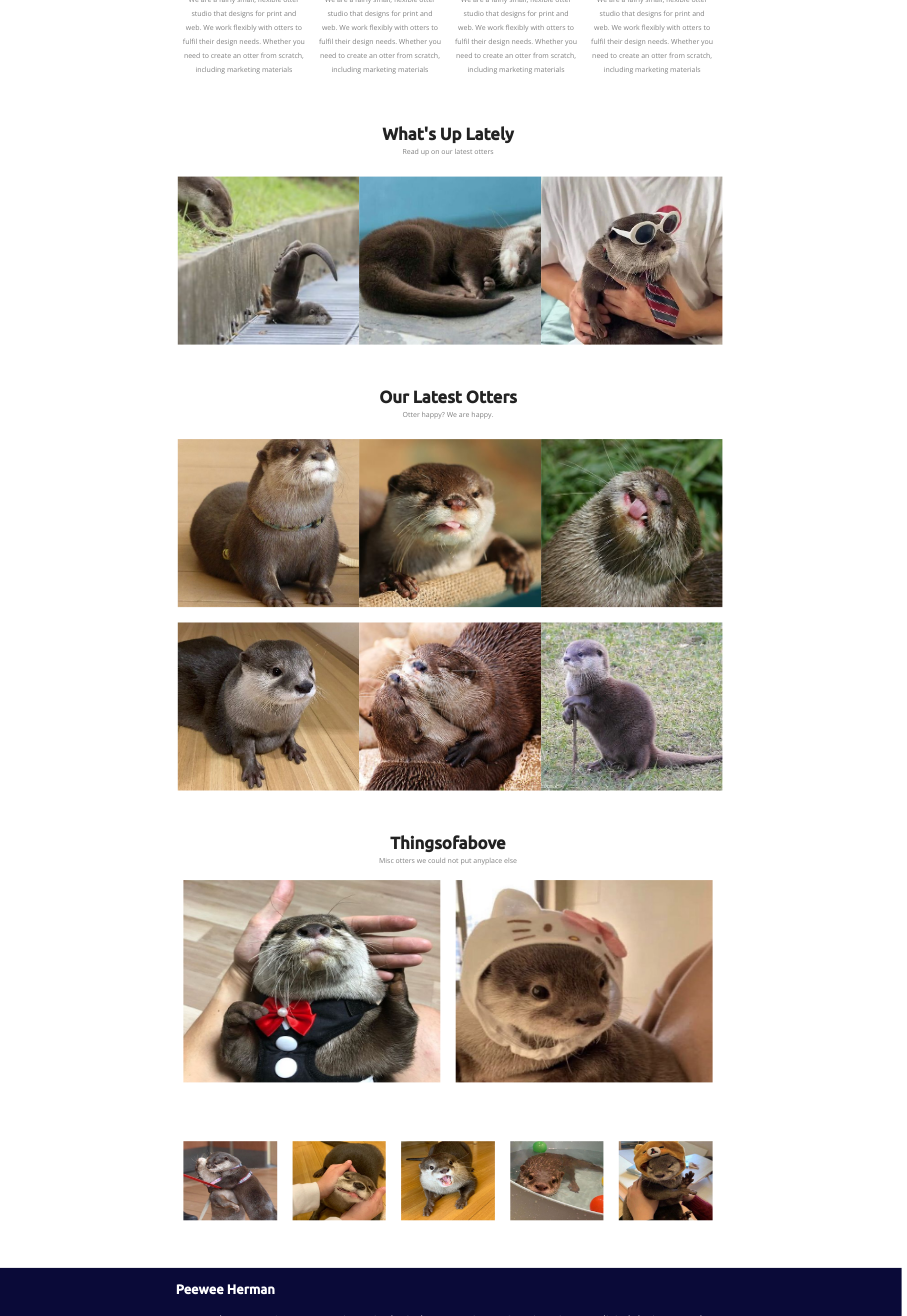
Repository: kennyharman/Marlowe_Kenny_Lab_02B
Page: index.html
An editor plug-in stored every save of this project. The page is shown before and after the next save, followed by the edit.
The browser window is 1280 px wide. The page is 1296 px wide, so the pictures cover 1296 px, including what lies to the right of the window. The pictures show the part of the page from y = 785 to 2665 px (the page is 2837 px tall before and 2819 px after), at 70% of full size.

Above is the page before, as saved 2024-02-08 19:34:26.

### index.html
<!doctype html>
<html class="no-js" lang="EN">

<head>
  <meta charset="utf-8">
  <meta name="viewport" content="width=device-width, initial-scale=1">
  <title></title>
  <link rel="stylesheet" href="css/style.css">
  <link href="https://fonts.googleapis.com/css2?family=Open+Sans:ital,wght@0,400;0,700;1,400&family=Ubuntu:ital,wght@0,300;0,500;1,300&display=swap" rel="stylesheet">
  <meta name="description" content="">

  <meta property="og:title" content="Metrolics page">
  <meta property="og:type" content="website">
  <meta property="og:url" content="http://localhost:8888/metrolics/">

  <link rel="icon" href="/favicon.ico" sizes="any">
  <link rel="icon" href="/icon.svg" type="image/svg+xml">
  <link rel="apple-touch-icon" href="icon.png">

  <link rel="manifest" href="site.webmanifest">
  <meta name="theme-color" content="#fafafa">
</head>

<body class="page">
  <script src="js/app.js"></script>

<header class="page__header">
  <div class="row m-col-2 l-col-2 menu">
    <div class="col header__menu-logo">
      <h1>Metrolics</h1>
    </div>
    <div class="col header__menu-nav">
      Home
      Pages
      Blog
      Portfolio
      Home
    </div>
</header>

<main>
  <div class="page__banner">
    <div class="col banner-header">
      <img src="images/pink_otter.jpg">
      <ul class="listed-items">
        <li>Metro Style</li>
        <li>Retina Ready</li>
        <li>Responsive Design</li>
      </ul>
    </div>
  </div>
  <div class="page__section">
    <div class="row header">
      <div class="col header-text">
        <h2>Hey guys! This is the <span class="text__color-change">Metrolics</span> theme.<br/>It sports a responsive layout with a mobile layout.</h2>
      </div>
    </div>
  </div>

  <div class="section-services">
    <div class="row m-col-2 l-col-4">
      <div class="col m-row-span l-row-span heading">
        <h3>Things That We Do</h3>
        <p>Ask us what we can do for you</p>
      </div>
      <div class="col services-card">
        <h4>Otter solutions</h4>
        We are a fairly small, flexible otter studio that designs for print and web. We work flexibly with otters to fulfil their design needs. Whether you need to create an otter from scratch, including marketing materials
      </div>
      <div class="col services-card">
        <h4>Photography</h4>
        We are a fairly small, flexible otter studio that designs for print and web. We work flexibly with otters to fulfil their design needs. Whether you need to create an otter from scratch, including marketing materials
      </div>
      <div class="col services-card">
        <h4>Otter Development</h4>
        We are a fairly small, flexible otter studio that designs for print and web. We work flexibly with otters to fulfil their design needs. Whether you need to create an otter from scratch, including marketing materials
      </div>
      <div class="col services-card">
        <h4>Otter Design</h4>
        We are a fairly small, flexible otter studio that designs for print and web. We work flexibly with otters to fulfil their design needs. Whether you need to create an otter from scratch, including marketing materials
      </div>
    </div>
  </div>
    </div>
  </div>

  <div class="section-work">
    <div class="row m-col-2 l-col-3">
      <div class="col m-row-span l-row-span heading">
        <h3>What's Up Lately</h3>
        <p>Read up on our latest otters</p>
      </div>
      <div class="col m-row-span image">
        <img src="images/otter7.jpg" alt="Otter Fall">
      </div>
      <div class="col image">
        <img src="images/otter8.jpg" alt="Sleepy Otter">
      </div>
      <div class="col image">
        <img src="images/otter9.jpg" alt="Madi the Otter">
      </div>
    </div>
  </div>

  <div class="section-projects">
    <div class="row m-col-2 l-col-3">
      <div class="col m-row-span l-row-span heading">
        <h3>Our Latest Otters</h3>
        <p>Otter happy? We are happy.</p>
      </div>
      <div class="col image">
        <img src="images/otter1.jpg" alt="Curious Otter">
      </div>
      <div class="col image">
        <img src="images/otter2.jpg" alt="Teasing Otter">
      </div>
      <div class="col image">
        <img src="images/otter3.jpg" alt="Otter Playing Dead">
      </div>
      <div class="col image">
        <img src="images/otter4.jpg" alt="Pondering Otter">
      </div>
      <div class="col image">
        <img src="images/otter5.jpg" alt="Loving Otters">
      </div>
      <div class="col image">
        <img src="images/otter6.jpg" alt="Wise Otter">
      </div>
    </div>
  </div>

  <div class="section-misc">
    <div class="row l-col-2">
      <div class="col l-row-span heading">
        <h3>Thingsofabove</h3>
        <p>Misc otters we could not put anyplace else</p>
      </div>
      <div class="col misc-content">
        <img src="images/otter10.jpg" alt="Snazzy Otter">
      </div>
      <div class="col misc-content">
        <img src="images/otter11.jpg" alt="Hello Kitty Otter">
      </div>
    </div>
  </div>

  <div class="section-affiliates">
    <div class="row m-col-5 l-col-5">
      <div class="col affiliates-card">
        <img src="images/otter12.jpg" alt="Otter Hug">
      </div>
      <div class="col affiliates-card">
        <img src="images/otter13.jpg" alt="Otter Stretch">
      </div>
      <div class="col affiliates-card">
        <img src="images/otter14.jpg" alt="Surprised Otter">
      </div>
      <div class="col affiliates-card">
        <img src="images/otter15.jpg" alt="Otter Bath">
      </div>
      <div class="col affiliates-card">
        <img src="images/otter16.jpg" alt="Otter Bear">
      </div>
    </div>
  </div>
</main>
<footer class="page__footer">
  <div class="row m-col-2 l-col-4 footer">
    <div class="col m-row-span l-row-span footer-heading">
      <h3>Peewee Herman</h3>
      <p>Peewee has over 10 years experience in the industry. He is our Creative Director, digital designer, web designer and front-end developer. He is also pretty good with a sketchbook. Before starting the company Peewee worked as a designer and studio manager for a design house who boasted a number of big name clients.</p>
    </div>
    <div class="col footer-item">
      <h3>About Us</h3>
    </div>
    <div class="col footer-item">
      <h3>Flickr Photos</h3>
    </div>
    <div class="col footer-item">
      <h3>Recent Tweets</h3>
    </div>
    <div class="col footer-item">
      <h3>Newsletter</h3>
    </div>
  </div>
</footer>
</body>

### css/style.css
/*! HTML5 Boilerplate v9.0.0-RC1 | MIT License | https://html5boilerplate.com/ */

/* main.css 3.0.0 | MIT License | https://github.com/h5bp/main.css#readme */
/*
 * What follows is the result of much research on cross-browser styling.
 * Credit left inline and big thanks to Nicolas Gallagher, Jonathan Neal,
 * Kroc Camen, and the H5BP dev community and team.
 */

/* ==========================================================================
   Base styles: opinionated defaults
   ========================================================================== */

html {
  color: #222;
  font-size: 1em;
  line-height: 1.4;
  margin-left: -1rem;
  margin-right: -1rem;
}

/*
 * Remove text-shadow in selection highlight:
 * https://twitter.com/miketaylr/status/12228805301
 *
 * Customize the background color to match your design.
 */

::-moz-selection {
  background: #b3d4fc;
  text-shadow: none;
}

::selection {
  background: #b3d4fc;
  text-shadow: none;
}

/*
 * A better looking default horizontal rule
 */

hr {
  display: block;
  height: 1px;
  border: 0;
  border-top: 1px solid #ccc;
  margin: 1em 0;
  padding: 0;
}

/*
 * Remove the gap between audio, canvas, iframes,
 * images, videos and the bottom of their containers:
 * https://github.com/h5bp/html5-boilerplate/issues/440
 */

audio,
canvas,
iframe,
img,
svg,
video {
  vertical-align: middle;
}

/*
 * Remove default fieldset styles.
 */

fieldset {
  border: 0;
  margin: 0;
  padding: 0;
}

/*
 * Allow only vertical resizing of textareas.
 */

textarea {
  resize: vertical;
}

/* ==========================================================================
   Author's custom styles
   ========================================================================== */

/* ==========================================================================
   Helper classes
   ========================================================================== */

/*
 * Hide visually and from screen readers
 */

.hidden,
[hidden] {
  display: none !important;
}

/*
 * Hide only visually, but have it available for screen readers:
 * https://snook.ca/archives/html_and_css/hiding-content-for-accessibility
 *
 * 1. For long content, line feeds are not interpreted as spaces and small width
 *    causes content to wrap 1 word per line:
 *    https://medium.com/@jessebeach/beware-smushed-off-screen-accessible-text-5952a4c2cbfe
 */

.visually-hidden {
  border: 0;
  clip: rect(0, 0, 0, 0);
  height: 1px;
  margin: -1px;
  overflow: hidden;
  padding: 0;
  position: absolute;
  white-space: nowrap;
  width: 1px;
  /* 1 */
}

/*
 * Extends the .visually-hidden class to allow the element
 * to be focusable when navigated to via the keyboard:
 * https://www.drupal.org/node/897638
 */

.visually-hidden.focusable:active,
.visually-hidden.focusable:focus {
  clip: auto;
  height: auto;
  margin: 0;
  overflow: visible;
  position: static;
  white-space: inherit;
  width: auto;
}

/*
 * Hide visually and from screen readers, but maintain layout
 */

.invisible {
  visibility: hidden;
}

/*
 * Clearfix: contain floats
 *
 * The use of `table` rather than `block` is only necessary if using
 * `::before` to contain the top-margins of child elements.
 */

.clearfix::before,
.clearfix::after {
  content: "";
  display: table;
}

.clearfix::after {
  clear: both;
}

/* ==========================================================================
   EXAMPLE Media Queries for Responsive Design.
   These examples override the primary ('mobile first') styles.
   Modify as content requires.
   ========================================================================== */

@media only screen and (min-width: 35em) {
  /* Style adjustments for viewports that meet the condition */
}

@media print,
  (-webkit-min-device-pixel-ratio: 1.25),
  (min-resolution: 1.25dppx),
  (min-resolution: 120dpi) {
  /* Style adjustments for high resolution devices */
}

/* ==========================================================================
   Print styles.
   Inlined to avoid the additional HTTP request:
   https://www.phpied.com/delay-loading-your-print-css/
   ========================================================================== */

@media print {
  *,
  *::before,
  *::after {
    background: #fff !important;
    color: #000 !important;
    /* Black prints faster */
    box-shadow: none !important;
    text-shadow: none !important;
  }

  a,
  a:visited {
    text-decoration: underline;
  }

  a[href]::after {
    content: " (" attr(href) ")";
  }

  abbr[title]::after {
    content: " (" attr(title) ")";
  }

  /*
   * Don't show links that are fragment identifiers,
   * or use the `javascript:` pseudo protocol
   */
  a[href^="#"]::after,
  a[href^="javascript:"]::after {
    content: "";
  }

  pre {
    white-space: pre-wrap !important;
  }

  pre,
  blockquote {
    border: 1px solid #999;
    page-break-inside: avoid;
  }

  tr,
  img {
    page-break-inside: avoid;
  }

  p,
  h2,
  h3 {
    orphans: 3;
    widows: 3;
  }

  h2,
  h3 {
    page-break-after: avoid;
  }
}

/* Our Styling */

h1,
h2,
h3,
h4,
h5,
h6 {
    font-family: 'Ubuntu', sans-serif;
}

p {
    font-family: 'Open Sans', sans-serif;
}

.row {
  display: grid;
  margin-top: 2rem;
}
.col {
  position: relative;
  max-height: 100%;
}

.page__header,
.banner-header,
.page__section,
.section-services,
.section-work,
.section-projects,
.section-misc,
.section-affiliates,
.footer {
  margin: auto;
  width: 60%;
}

.heading {
  display: flex;
  flex-direction: column;
  align-items: center;
  padding: 0 auto;
}

.heading > h3 {
  margin-bottom: 0;
  font-size: 24px;
}

.heading > p {
  margin-top: 0;
  font-size: 10px;
  color: grey;
}

.header-text {
  text-align: center;
}

.text__color-change {
  color: lightskyblue;
}

.listed-items {
  position: absolute;
  top: 5rem;
  left: 5rem;
  list-style-type: none;
}

.listed-items > li {
  background-color: white;
  margin-top: 2px;
  padding-top: 0.5rem;
  padding-bottom: 0.5rem;
  font-family: 'Ubuntu', sans-serif;
}

.listed-items li:nth-child(1) {
  border-left: solid 5px blue;
  padding-left: 1rem;
  padding-right: 1rem;
  width: fit-content;
}

.listed-items li:nth-child(2) {
  border-left: solid 5px red;
  padding-left: 1rem;
  padding-right: 1rem;
  width: fit-content;
}

.listed-items li:nth-child(3) {
  border-left: solid 5px yellow;
  padding-left: 1rem;
  padding-right: 1rem;
  width: fit-content;
}

.banner-header {
  position: relative;
}

.services-card {
  text-align: center;
  font-size: 10px;
  padding: 10px;
  color: grey;
  font-family: 'Open Sans', sans-serif;
  line-height: 20px;
}

.services-card > h4 {
  color: black;
}

.image {
  width: 100%;
  height: 15rem;
  margin-top: 1rem;
  padding: 3px;
}

.image > img {
  width: 100%;
  height: 100%;
  object-fit: cover;
}

.misc-content {
  margin-top: 1.5rem;
  margin: 0.7rem;
  margin-bottom: -2rem;
}

.misc-content > img {
  width: 100%;
  height: 85%;
}

.affiliates-card {
  margin: 0.7rem;
  margin-bottom: 3rem;
}

.affiliates-card > img {
  width: 100%;
  height: 85%;;
}

.banner-header {
  justify-content: center;
}

.banner-header > img {
  width: 100%;
  max-height: 70%;
}

.page__banner {
  background-color: lightgray;
}

.page__footer {
  background-color: rgb(10, 10, 56);
  color: white;
}

/* Small only */
@media screen and (max-width: 39.9375em) {
  .page__header,
.banner-header,
.page__section,
.section-services,
.section-work,
.section-projects,
.section-misc,
.section-affiliates,
.footer {
  margin: auto;
  width: 20rem;
}

.header {
  margin: -5px;
}
  .header__menu-nav {
    display: none;
  }
  .page__banner {
    display: none;
  }
  .affiliates {
    display: none;
  }
  .misc {
    display: none;
  }
  .services-card {
    text-align: left;
    font-size: 12px;
    padding: 0px;
    color: grey;
    font-family: 'Open Sans', sans-serif;
    line-height: 15px;
    padding-top: 20px;
  }
  .services-card > h4 {
    line-height: 0px;
  }
  .section-misc {
    display: none;
  }
  .section-affiliates {
    display: none;
  }
}

/* Medium only */
@media screen and (min-width: 40em) and
(max-width: 63.9375em) {
  .row {
    max-width: 70rem;
    column-gap: 1.5rem;
    row-gap: 1.5rem;
    margin: 0 auto;
  }
  .m-col-2 {
    grid-template-columns: 1fr 1fr;
  }
  .m-col-3 {
    grid-template-columns: repeat(3, 1fr);
  }
  .m-col-4 {
    grid-template-columns: repeat(4, 1fr);
  }
  .m-col-5 {
    grid-template-columns: repeat(5, 1fr);
  }

  .m-row-span {
    grid-column-start: 1;
    grid-column-end: -1;
  }
}

/* Large only */
@media screen and (min-width: 64em) {
  .l-col-2 {
    grid-template-columns: 1fr 1fr;
  }
  .l-col-3 {
    grid-template-columns: repeat(3, 1fr);
  }
  .l-col-4 {
    grid-template-columns: repeat(4, 1fr);
  }
  .l-col-5 {
    grid-template-columns: repeat(5, 1fr);
  }

  .l-row-span {
    grid-column-start: 1;
    grid-column-end: -1;
  }
}

Loaded but not shown: js/app.js (no stored copy; drawn as an empty file)

After the next save:
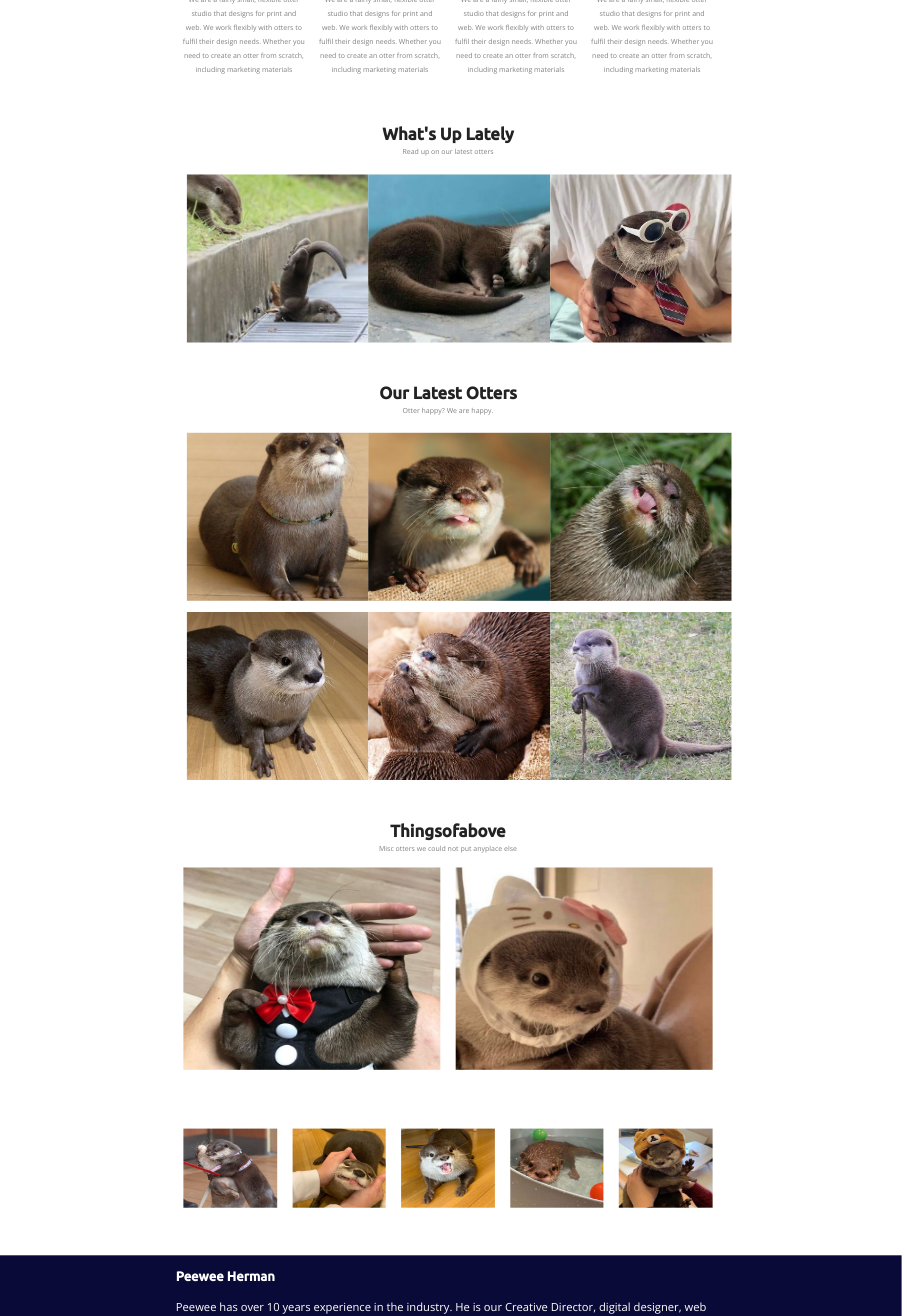
Saved 16 s later.
--- a/css/style.css
+++ b/css/style.css
@@ -367,7 +367,7 @@ p {
   width: 100%;
   height: 15rem;
   margin-top: 1rem;
-  padding: 3px;
+  margin-left: 1rem;
 }
 
 .image > img {
